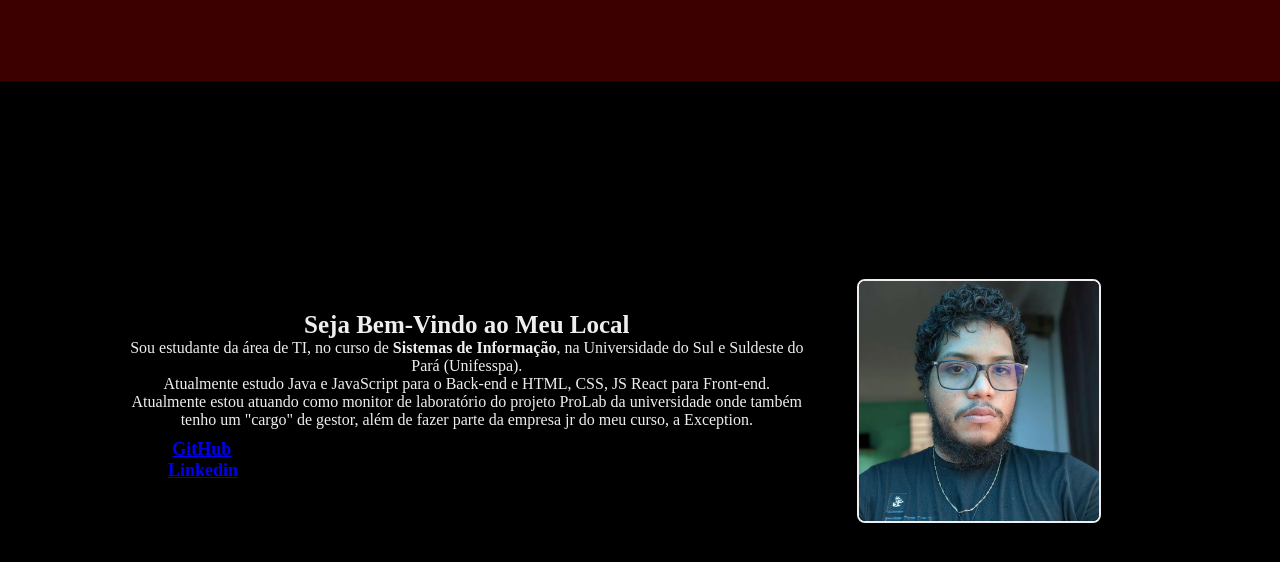
Repository: ramoncbarbosa/Web1_Atividade2
Page: index.html
The author's editor kept a copy of each file at every save. The page is drawn from the files as they stood at one save, then again after the next save.
The browser window is 1280 px wide. The pictures show the whole page.

Above is the page before, as saved 2023-06-09 14:17:10.

After the next save:
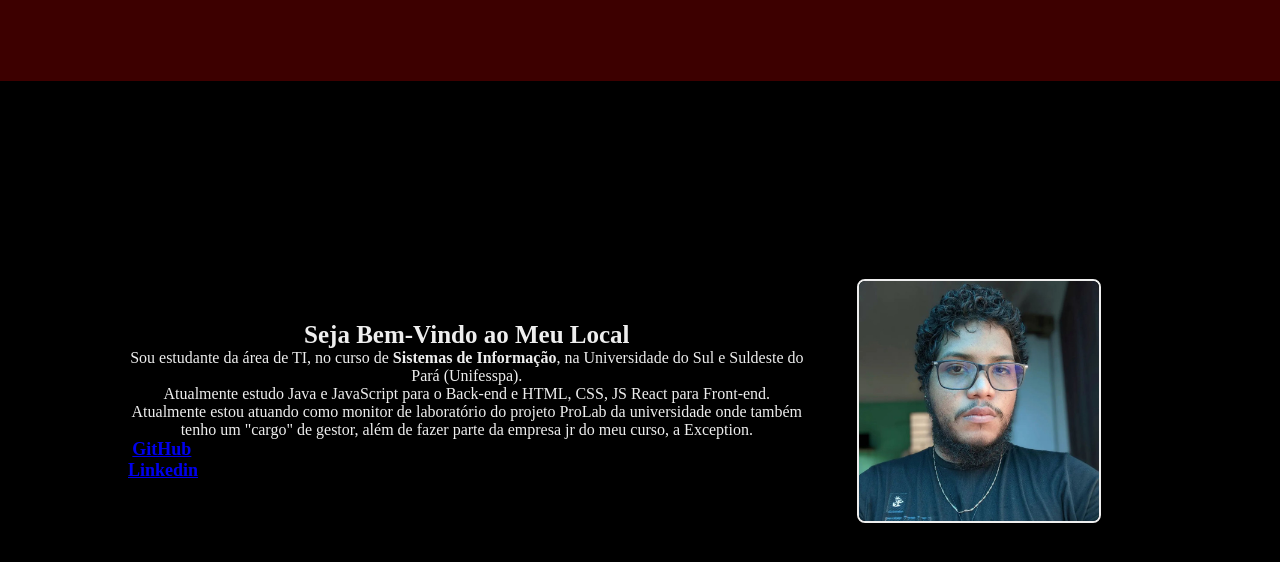
Saved 102 s later.
--- a/styles/styles.css
+++ b/styles/styles.css
@@ -73,10 +73,6 @@ body {
 
     text-align: center;
     text-decoration: none;
-
-    padding-bottom: 10px;
-    padding-left: 40px;
-    padding-top: 10px;
 }
 
 
